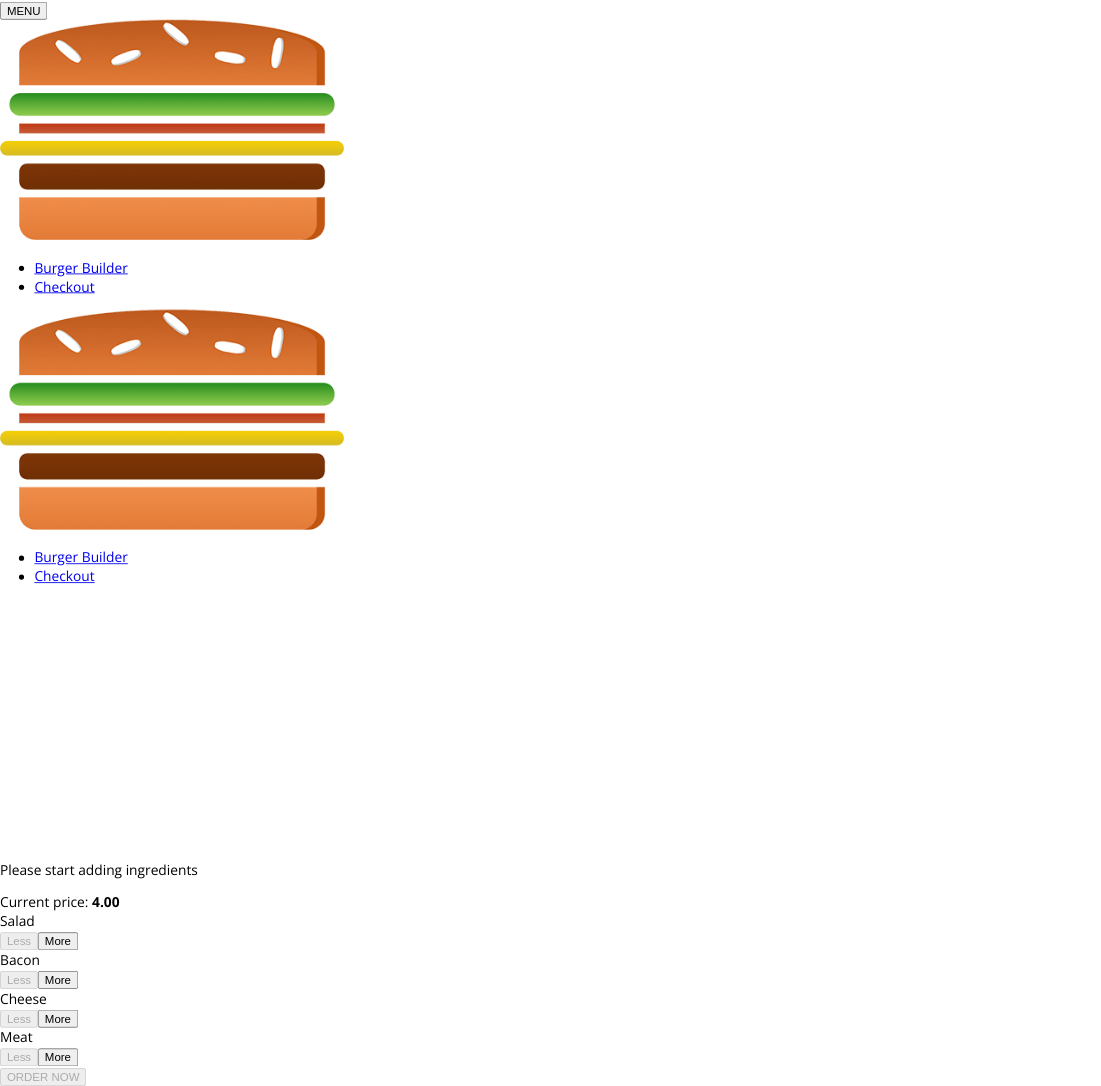
Repository: dunbom6612/burger-builder-app
Page: /
The author's editor kept a copy of each file at every save. The page is drawn from the files as they stood at one save, then again after a run of saves.
The browser window is 1280 px wide. The pictures show the whole page, at 86% of full size.
The project was rebuilt for these pictures with package versions that can differ from the ones it lists, and the page was loaded fresh each time. Also part of the build but not shown: src/components/Layout/Layout.css, src/components/Navigation/Toolbar/Toolbar.css, src/components/Logo/Logo.css, src/components/Navigation/NavigationItems/NavigationItems.css, src/components/Navigation/NavigationItems/NavigationItem/NavigationItem.css, src/components/Navigation/SideDrawer/SideDrawer.css, src/components/UI/Backdrop/Backdrop.css, src/components/Burger/Burgeringredient/Burgeringredient.css and 5 more.

Above is the page before, as saved 2020-08-01 23:25:52.

After the next 2 saves:
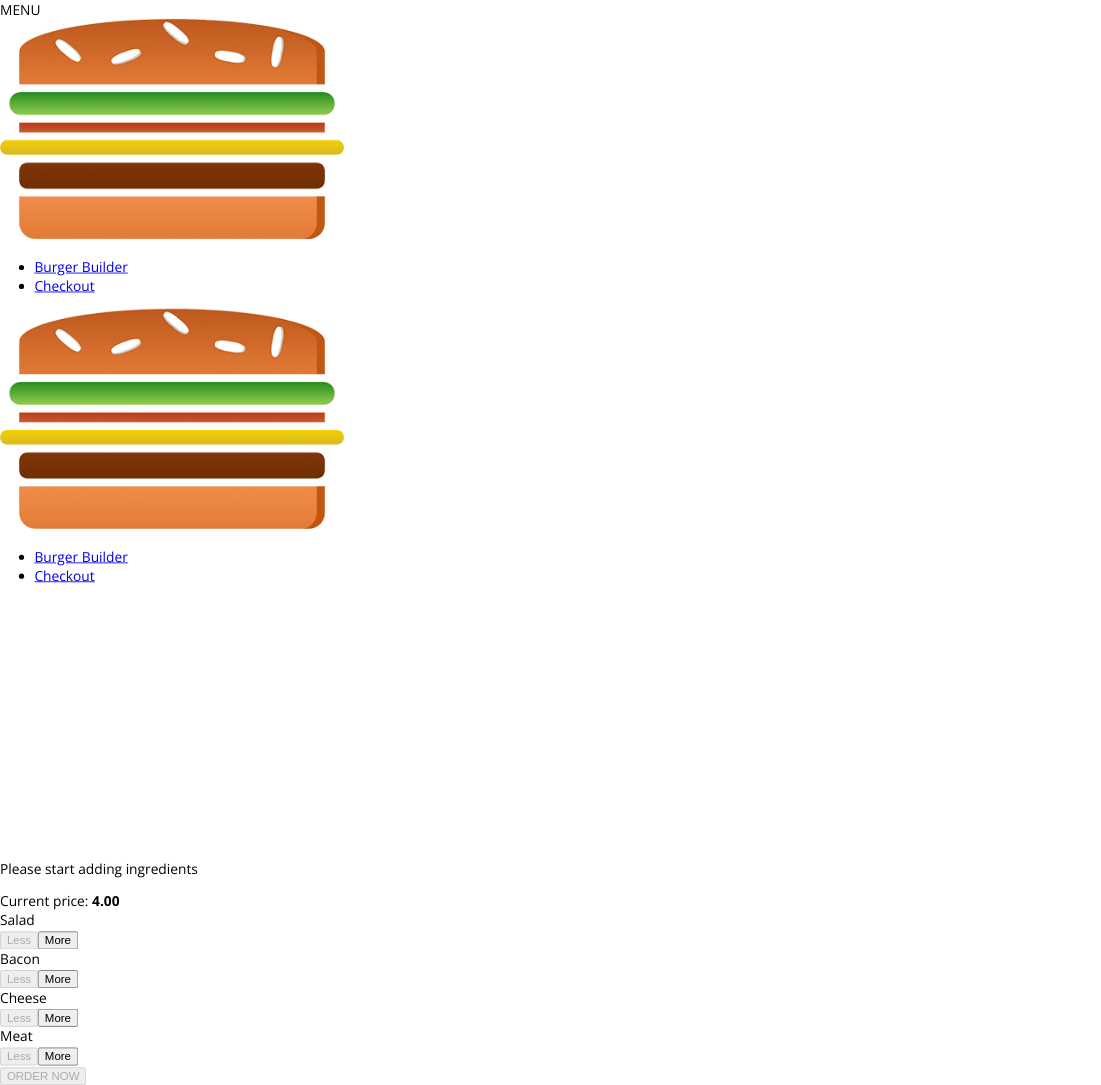
The 2 saves are shown as one change because 1 did not build or start.
The last was saved 2 min 9 s later.
--- a/src/components/Navigation/Toolbar/Toolbar.js
+++ b/src/components/Navigation/Toolbar/Toolbar.js
@@ -1,11 +1,11 @@
 import React from "react";
 import classes from './Toolbar.css'
 import Logo from '../../Logo/Logo';
-import NavigationItems from '../NavigationItems/NavigationItems'
-
+import NavigationItems from '../NavigationItems/NavigationItems';
+import DrawerToggle from '../SideDrawer/DrawToogle/DrawToggle';
 const toolbar = (props) => (
   <header className={classes.Toolbar}>
-    <button onClick={props.showSideDrawer}>MENU</button>
+    <DrawerToggle clicked={props.drawerToggleClick}/>
     <div className={classes.Logo}>
         <Logo />
     </div>
